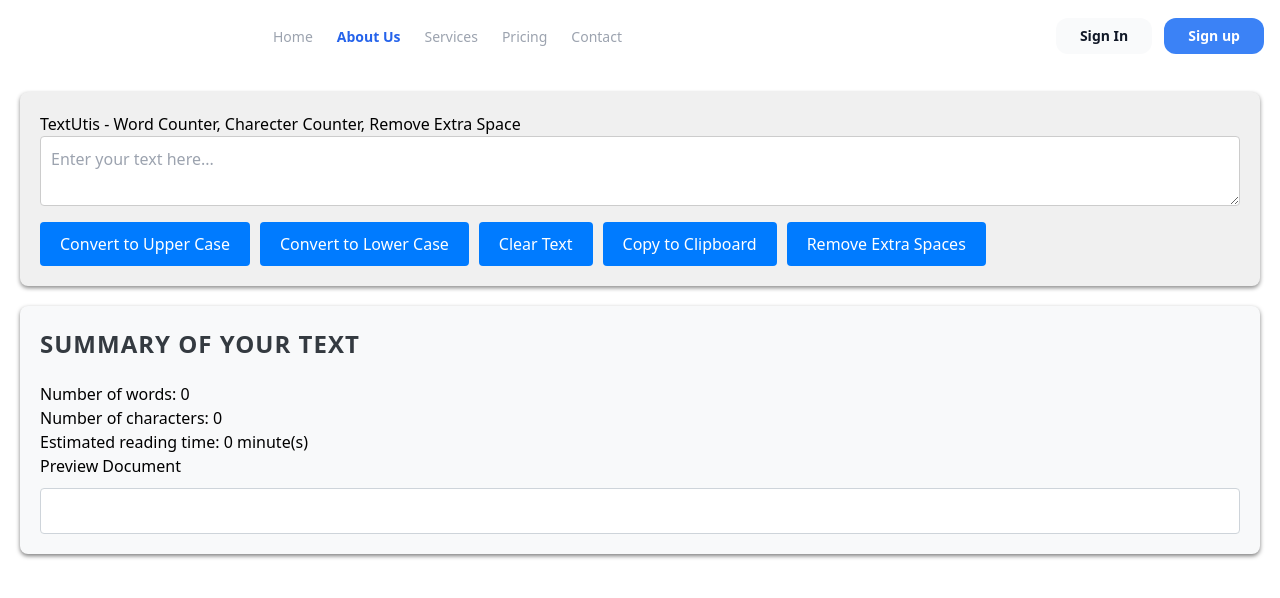
Repository: sriram1224/Text-converter
Page: /
An editor plug-in stored every save of this project. The page is shown before and after the next save, followed by the edit.
The browser window is 1280 px wide. The pictures show the whole page.
The project was rebuilt for these pictures with package versions that can differ from the ones it lists, and the page was loaded fresh each time. Also part of the build but not shown: src/App.css.

Above is the page before, as saved 2024-03-25 03:28:19.

### src/App.js
import Home from './Home';
import './App.css';
import Navbar from './Navbar';

function App() {
  return (
    <div className="App">
      <Navbar />
      <Home />
    </div>
  );
}

export default App;

### src/Home.jsx
import React, { useState } from 'react';
import './Home.css';

function InputComponent({ onTextChange }) {
  const [text, setText] = useState('');

  const handleInputChange = (event) => {
    setText(event.target.value);
    onTextChange(event.target.value);
  };

  const convertToUpperCase = () => {
    const upperCaseText = text.toUpperCase();
    setText(upperCaseText);
    onTextChange(upperCaseText);
  };

  const convertToLowerCase = () => {
    const lowerCaseText = text.toLowerCase();
    setText(lowerCaseText);
    onTextChange(lowerCaseText);
  };

  const clearText = () => {
    setText('');
    onTextChange('');
  };

  const copyToClipboard = () => {
    navigator.clipboard.writeText(text);
  };

  const removeExtraSpaces = () => {
    const trimmedText = text.replace(/\s+/g, ' ').trim();
    setText(trimmedText);
    onTextChange(trimmedText);
  };

  return (
      <div className="input-container">
          <h1>TextUtis - Word Counter, Charecter Counter, Remove Extra Space</h1>
      <textarea
        type="text"
        value={text}
        onChange={handleInputChange}
        className="input-field"
        placeholder="Enter your text here..."
      />
      <button onClick={convertToUpperCase} className="btn">Convert to Upper Case</button>
      <button onClick={convertToLowerCase} className="btn">Convert to Lower Case</button>
      <button onClick={clearText} className="btn">Clear Text</button>
      <button onClick={copyToClipboard} className="btn">Copy to Clipboard</button>
      <button onClick={removeExtraSpaces} className="btn">Remove Extra Spaces</button>
    </div>
  );
}

function TextSummary({ text }) {
  const wordCount = text.split(/\s+/).filter((word) => word).length;
  const characterCount = text.length;
  const readingTime = Math.round(wordCount / 200); // assuming an average reading speed of 200 words per minute

  return (
    <div className="summary-container">
      <h1 className="summary-heading">Summary of Your Text</h1>
      <p>Number of words: {wordCount}</p>
      <p>Number of characters: {characterCount}</p>
      <p>Estimated reading time: {readingTime} minute(s)</p>
      <h2>Preview Document</h2>
      <input className="preview-text" value={text} readOnly />
    </div>
  );
}

function Home() {
  const [text, setText] = useState('');

  const handleTextChange = (newText) => {
    setText(newText);
  };

  return (
    <div className="container">
      <InputComponent onTextChange={handleTextChange} />
      <TextSummary text={text} />
    </div>
  );
}

export default Home;

### src/Navbar.jsx
import React, { useState } from 'react';

function Navbar() {
  const [isMenuOpen, setIsMenuOpen] = useState(false);

  const toggleMenu = () => {
    setIsMenuOpen(!isMenuOpen);
  };

  return (
    <nav className="relative px-4 py-4 flex justify-between items-center bg-white">
      <a className="text-3xl font-bold leading-none" href="#">
        <svg className="h-10" alt="logo" viewBox="0 0 10240 10240">
          {/* SVG Path */}
        </svg>
      </a>
      <div className="lg:hidden">
        <button className="navbar-burger flex items-center text-blue-600 p-3" onClick={toggleMenu}>
          <svg className="block h-4 w-4 fill-current" viewBox="0 0 20 20" xmlns="http://www.w3.org/2000/svg">
            <title>Mobile menu</title>
            <path d="M0 3h20v2H0V3zm0 6h20v2H0V9zm0 6h20v2H0v-2z"></path>
          </svg>
        </button>
      </div>
      <ul className={`lg:flex lg:mx-auto lg:flex lg:items-center lg:w-auto lg:space-x-6 ${isMenuOpen ? '' : 'hidden'}`}>
        <li><a className="text-sm text-gray-400 hover:text-gray-500" href="#">Home</a></li>
        <li><a className="text-sm text-blue-600 font-bold" href="#">About Us</a></li>
        <li><a className="text-sm text-gray-400 hover:text-gray-500" href="#">Services</a></li>
        <li><a className="text-sm text-gray-400 hover:text-gray-500" href="#">Pricing</a></li>
        <li><a className="text-sm text-gray-400 hover:text-gray-500" href="#">Contact</a></li>
      </ul>
      <a className="hidden lg:inline-block lg:ml-auto lg:mr-3 py-2 px-6 bg-gray-50 hover:bg-gray-100 text-sm text-gray-900 font-bold rounded-xl transition duration-200" href="#">Sign In</a>
      <a className="hidden lg:inline-block py-2 px-6 bg-blue-500 hover:bg-blue-600 text-sm text-white font-bold rounded-xl transition duration-200" href="#">Sign up</a>
      {isMenuOpen && <div className="navbar-backdrop fixed inset-0 bg-gray-800 opacity-25" onClick={toggleMenu}></div>}
    </nav>
  );
}

export default Navbar;

### src/Home.css
.container {
    margin: auto;
    padding: 20px;
}

.input-container {

    margin: auto;
    background-color: #f0f0f0;
    padding: 20px;
    border-radius: 8px;
    box-shadow: 0 2px 4px rgba(0, 0, 0, 0.46);
}

.input-field {
    width: 100%;
    padding: 10px;
    margin-bottom: 10px;
    border: 1px solid #ccc;
    border-radius: 4px;
    outline: none;
}

.btn {
    padding: 10px 20px;
    margin-right: 10px;
    background-color: #007bff;
    color: white;
    border: none;
    border-radius: 4px;
    cursor: pointer;
    outline: none;
}

.btn:hover {
    background-color: #0056b3;
}

.summary-container {
    margin: 20px auto;
    padding: 20px;
    background-color: #f8f9fa;
    border-radius: 8px;
    box-shadow: 0 2px 4px rgba(0, 0, 0, 0.511);

    transition: all 0.3s ease;
}

.summary-container:hover {
    box-shadow: 0 5px 15px rgba(0, 0, 0, 0.2);
}

.summary-heading {
    font-size: 24px;
    font-weight: bold;
    margin-bottom: 20px;
    color: #343a40;
    text-transform: uppercase;
    letter-spacing: 1px;
}

.preview-text {
    margin-top: 10px;
    padding: 10px;
    border: 1px solid #ced4da;
    border-radius: 4px;
    width: 100%;
    box-sizing: border-box;
    font-size: 16px;
    color: #495057;
    background-color: #ffffff;
    transition: all 0.3s ease;
}

.preview-text:focus {
    border-color: #495057;
    box-shadow: 0 0 0 0.2rem rgba(73, 80, 87, 0.25);
}

### tailwind.config.js
const path = require('path');

module.exports = {
  content: [
    './src/**/*.{html,jsx}',
  ],
  theme: {
    extend: {},
  },
  plugins: [],
};

Loaded but not shown: public/index.html (common file); src/index.js (common file); src/index.css (common file); src/reportWebVitals.js (common file)

After the next save:
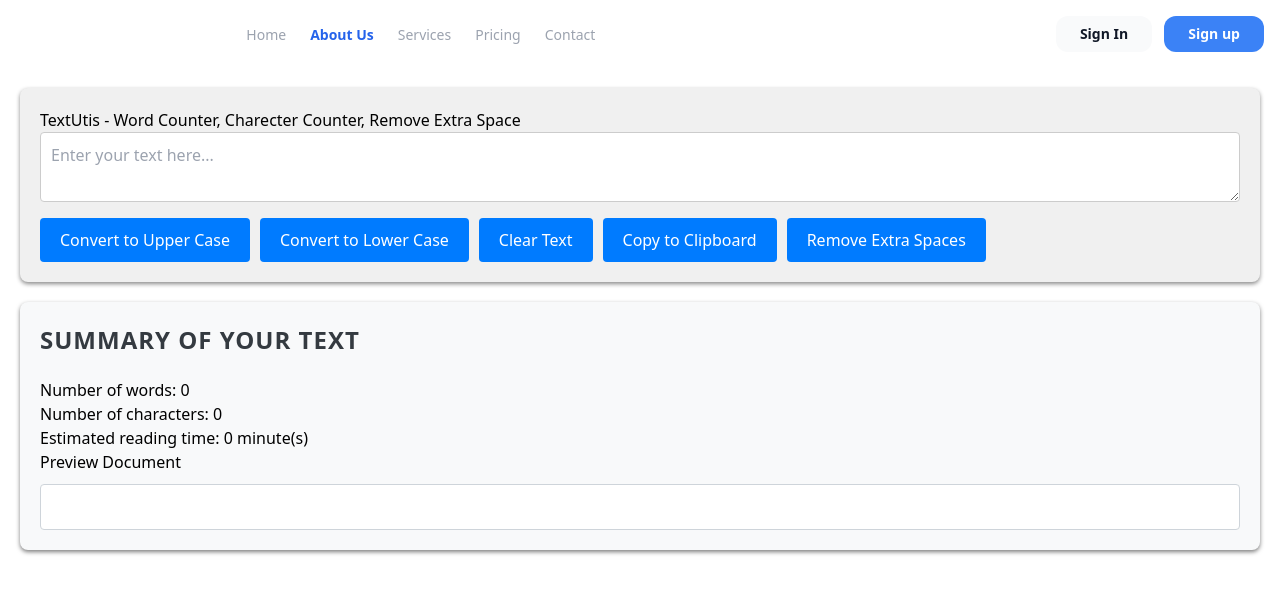
Saved 45 h 20 min later.
--- a/src/Navbar.jsx
+++ b/src/Navbar.jsx
@@ -10,9 +10,7 @@ function Navbar() {
   return (
     <nav className="relative px-4 py-4 flex justify-between items-center bg-white">
       <a className="text-3xl font-bold leading-none" href="#">
-        <svg className="h-10" alt="logo" viewBox="0 0 10240 10240">
-          {/* SVG Path */}
-        </svg>
+
       </a>
       <div className="lg:hidden">
         <button className="navbar-burger flex items-center text-blue-600 p-3" onClick={toggleMenu}>
@@ -23,11 +21,11 @@ function Navbar() {
         </button>
       </div>
       <ul className={`lg:flex lg:mx-auto lg:flex lg:items-center lg:w-auto lg:space-x-6 ${isMenuOpen ? '' : 'hidden'}`}>
-        <li><a className="text-sm text-gray-400 hover:text-gray-500" href="#">Home</a></li>
-        <li><a className="text-sm text-blue-600 font-bold" href="#">About Us</a></li>
-        <li><a className="text-sm text-gray-400 hover:text-gray-500" href="#">Services</a></li>
-        <li><a className="text-sm text-gray-400 hover:text-gray-500" href="#">Pricing</a></li>
-        <li><a className="text-sm text-gray-400 hover:text-gray-500" href="#">Contact</a></li>
+        <li><a className="text-sm text-gray-400 hover:text-gray-500" href>Home</a></li>
+        <li><a className="text-sm text-blue-600 font-bold" href>About Us</a></li>
+        <li><a className="text-sm text-gray-400 hover:text-gray-500" href>Services</a></li>
+        <li><a className="text-sm text-gray-400 hover:text-gray-500" href>Pricing</a></li>
+        <li><a className="text-sm text-gray-400 hover:text-gray-500" href>Contact</a></li>
       </ul>
       <a className="hidden lg:inline-block lg:ml-auto lg:mr-3 py-2 px-6 bg-gray-50 hover:bg-gray-100 text-sm text-gray-900 font-bold rounded-xl transition duration-200" href="#">Sign In</a>
       <a className="hidden lg:inline-block py-2 px-6 bg-blue-500 hover:bg-blue-600 text-sm text-white font-bold rounded-xl transition duration-200" href="#">Sign up</a>
